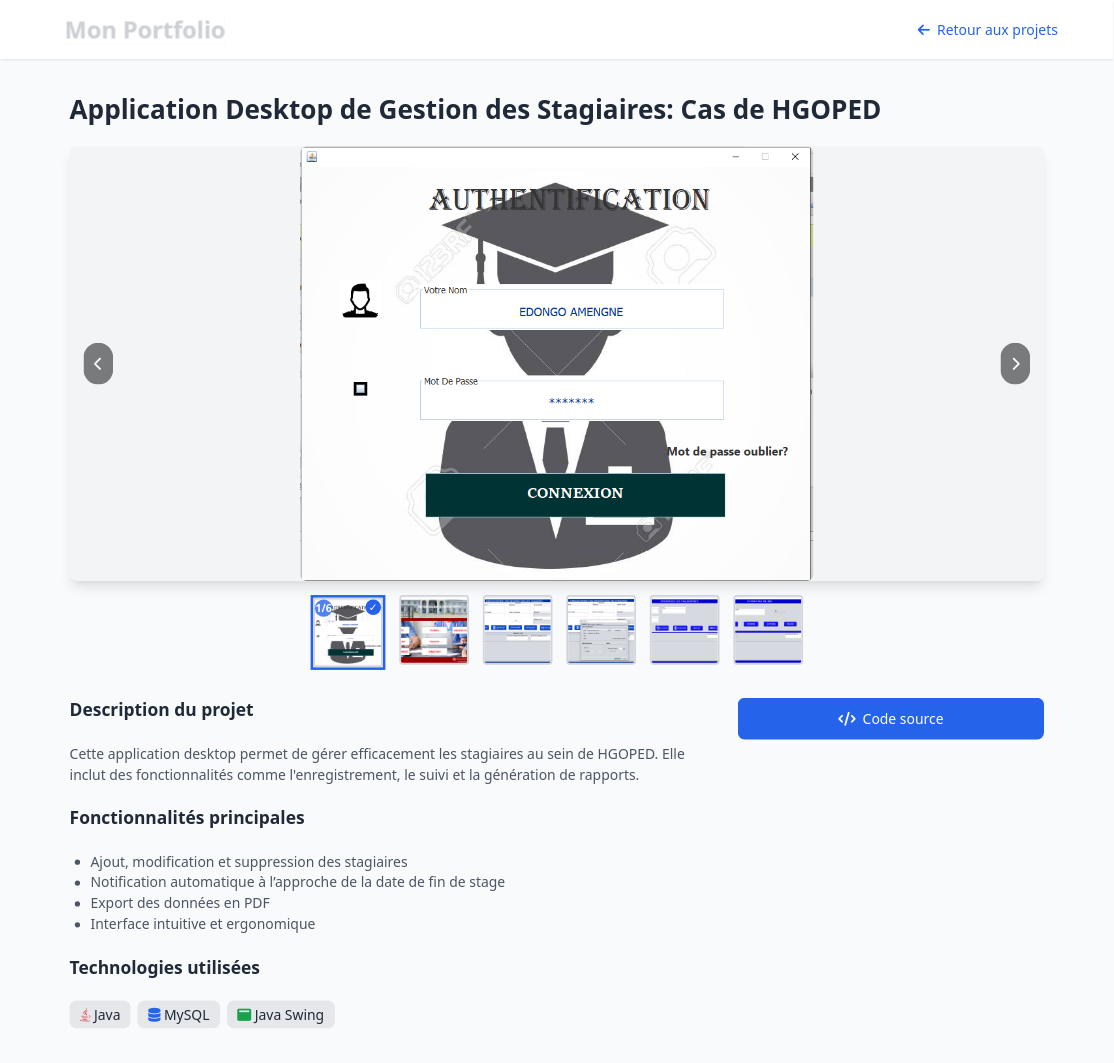
Repository: Edongo999/landry-portfolio
Page: projet-gestion-stagiaires.html
An editor plug-in stored every save of this project. The page is shown before and after the next save, followed by the edit.
The browser window is 1280 px wide. The pictures show the whole page, at 87% of full size.
Some web libraries are served in a nearby version.

Above is the page before, as saved 2025-09-14 03:30:40.

### projet-gestion-stagiaires.html

<!DOCTYPE html>
<html lang="fr">
<head>
  <meta charset="UTF-8" />
  <meta name="viewport" content="width=device-width, initial-scale=1.0" />
  <title>Détail du projet - Portfolio</title>
  <script src="https://cdn.tailwindcss.com"></script>
  <link rel="stylesheet" href="https://cdnjs.cloudflare.com/ajax/libs/font-awesome/6.4.0/css/all.min.css">
  <style>
    /* Miniature active */
    .thumb-active {
      border: 3px solid #2563eb !important; /* bordure bleue */
      position: relative;
    }
    /* Overlay ✓ */
    .thumb-active::after {
      content: "✓";
      position: absolute;
      top: 2px;
      right: 2px;
      background-color: #2563eb;
      color: white;
      font-size: 12px;
      width: 18px;
      height: 18px;
      border-radius: 50%;
      display: flex;
      align-items: center;
      justify-content: center;
    }
    /* Numéro indicateur */
    .thumb-number {
      position: absolute;
      top: 2px;
      left: 2px;
      background-color: rgba(37,99,235,0.8);
      color: white;
      font-size: 12px;
      width: 20px;
      height: 20px;
      border-radius: 50%;
      display: flex;
      align-items: center;
      justify-content: center;
      font-weight: bold;
    }
  </style>
</head>
<body class="bg-gray-50 text-gray-800">

  <!-- Header -->
  <header class="bg-white shadow p-4 sticky top-0 z-50">
    <div class="max-w-6xl mx-auto flex justify-between items-center">
<h1 class="text-2xl md:text-3xl font-bold text-gray-900 relative overflow-hidden" id="portfolio-title">
  Mon Portfolio
</h1>

<style>
  /* Animation apparition + explosion + lumière pulsante */
  #portfolio-title {
    animation: appearExplodePulse 2.5s ease-in-out infinite;
  }

  @keyframes appearExplodePulse {
    0% {
      opacity: 0.2;
      transform: scale(0.9);
      text-shadow: 0 0 0px #2563eb;
    }
    25% {
      opacity: 1;
      transform: scale(1);
      text-shadow: 0 0 5px #2563eb, 0 0 10px #2563eb;
    }
    50% {
      transform: scale(1.05);
      text-shadow: 0 0 15px #2563eb, 0 0 25px #2563eb, 0 0 35px #2563eb;
    }
    75% {
      transform: scale(1);
      text-shadow: 0 0 8px #2563eb, 0 0 16px #2563eb;
    }
    100% {
      opacity: 1;
      transform: scale(1);
      text-shadow: 0 0 5px #2563eb, 0 0 10px #2563eb;
    }
  }

  /* Effet de lumière pulsante supplémentaire */
  #portfolio-title::after {
    content: '';
    position: absolute;
    inset: 0;
    border-radius: 4px;
    box-shadow: 0 0 15px #2563eb, 0 0 25px #2563eb;
    opacity: 0.3;
    animation: pulseLight 2s ease-in-out infinite alternate;
    pointer-events: none;
  }

  @keyframes pulseLight {
    0% { opacity: 0.2; transform: scale(0.95); }
    100% { opacity: 0.5; transform: scale(1.05); }
  }
</style>



      <!-- Lien vers la section Mes Projets -->
      <a href="index.html#projects" class="flex items-center gap-2 text-blue-600 hover:text-blue-800 font-medium">
  <i class="fas fa-arrow-left"></i> Retour aux projets
</a>

    </div>
  </header>

  <!-- Section Détail Projet -->
  <section class="max-w-6xl mx-auto px-4 py-10">
 <h2 class="text-3xl font-bold mb-6">Application Desktop de Gestion des Stagiaires: Cas de HGOPED</h2>



    <!-- Slider images/vidéos -->
    <div class="relative w-full max-h-[500px] mx-auto overflow-hidden rounded-lg shadow-lg mb-4 flex justify-center items-center bg-gray-100">
      <div id="slide-container" class="w-full flex justify-center items-center"></div>
      <button onclick="prevSlide()" class="absolute top-1/2 left-4 transform -translate-y-1/2 bg-black/50 text-white p-3 rounded-full z-10">
        <i class="fas fa-chevron-left"></i>
      </button>
      <button onclick="nextSlide()" class="absolute top-1/2 right-4 transform -translate-y-1/2 bg-black/50 text-white p-3 rounded-full z-10">
        <i class="fas fa-chevron-right"></i>
      </button>
    </div>

    <!-- Miniatures -->
    <div class="flex justify-center gap-4 mb-8 relative" id="thumbnails">
      <div class="relative"><img src="assets/img/GESTION_STA1.PNG" class="w-20 h-20 object-cover cursor-pointer border-2 border-gray-300 rounded" onclick="goToSlide(0)"></div>
      <div class="relative"><img src="assets/img/application desktop.PNG" class="w-20 h-20 object-cover cursor-pointer border-2 border-gray-300 rounded" onclick="goToSlide(1)"></div>
      <div class="relative"><img src="assets/img/application desktop2.PNG" class="w-20 h-20 object-cover cursor-pointer border-2 border-gray-300 rounded" onclick="goToSlide(2)"></div>
      <div class="relative"><img src="assets/img/application desktop3.PNG" class="w-20 h-20 object-cover cursor-pointer border-2 border-gray-300 rounded" onclick="goToSlide(3)"></div>
      <div class="relative"><img src="assets/img/application desktop4.PNG" class="w-20 h-20 object-cover cursor-pointer border-2 border-gray-300 rounded" onclick="goToSlide(4)"></div>
      <div class="relative"><img src="assets/img/application desktop5.PNG" class="w-20 h-20 object-cover cursor-pointer border-2 border-gray-300 rounded" onclick="goToSlide(5)"></div>
    </div>

    <!-- Description + boutons -->
    <div class="grid grid-cols-1 md:grid-cols-3 gap-8">
      <div class="md:col-span-2 space-y-6">
        <h3 class="text-xl font-semibold mb-2">Description du projet</h3>
        <p class="text-gray-600 mb-4">
          Cette application desktop permet de gérer efficacement les stagiaires au sein de HGOPED.
          Elle inclut des fonctionnalités comme l'enregistrement, le suivi et la génération de rapports.
        </p>

        <h3 class="text-xl font-semibold mb-2">Fonctionnalités principales</h3>
        <ul class="list-disc pl-6 text-gray-600 mb-4">
          <li>Ajout, modification et suppression des stagiaires</li>
          <li> Notification automatique à l’approche de la date de fin de stage</li>
          <li>Export des données en PDF</li>
          <li>Interface intuitive et ergonomique</li>
        </ul>

        <h3 class="text-xl font-semibold mb-2">Technologies utilisées</h3>
        <div class="flex flex-wrap gap-2 mb-4">
          <span class="flex items-center gap-1 px-3 py-1 bg-gray-200 rounded-lg"><i class="fab fa-java text-red-600"></i> Java</span>
          <span class="flex items-center gap-1 px-3 py-1 bg-gray-200 rounded-lg"><i class="fas fa-database text-blue-600"></i> MySQL</span>
          <span class="flex items-center gap-1 px-3 py-1 bg-gray-200 rounded-lg"><i class="fas fa-window-maximize text-green-600"></i> Java Swing</span>
        </div>
      </div>

      <div class="flex flex-col gap-4 md:sticky md:top-32">

        <a href="https://github.com/Edongo999/Application_de_gestion-des_stagiaires.git" target="_blank" class="flex items-center justify-center w-full bg-blue-600 text-white py-3 rounded-lg text-center hover:bg-blue-700">
          <i class="fas fa-code mr-2"></i> Code source
        </a>
      </div>
    </div>
  </section>

<script>
  const slides = [
    { type: 'image', src: "assets/img/GESTION_STA1.PNG" },
    { type: 'image', src: "assets/img/application desktop.PNG" },
    { type: 'image', src: "assets/img/application desktop2.PNG" },
    { type: 'image', src: "assets/img/application desktop3.PNG" },
    { type: 'image', src: "assets/img/application desktop4.PNG" },
    { type: 'image', src: "assets/img/application desktop5.PNG" },
  ];

  let index = 0;
  let slideInterval;
  let userInteracting = false;

  const container = document.getElementById("slide-container");
  const thumbContainers = document.querySelectorAll('#thumbnails > div');
  const thumbs = document.querySelectorAll('#thumbnails img');

  function showSlide() {
    container.innerHTML = '';
    const slide = slides[index];
    const img = document.createElement("img");
    img.src = slide.src;
    img.alt = "Capture du projet";
    img.className = "w-auto max-h-[500px] object-contain rounded-lg transition-all duration-700";
    container.appendChild(img);

    // Miniatures et numéro
    thumbContainers.forEach((div, i) => {
      const oldNum = div.querySelector('.thumb-number');
      if(oldNum) oldNum.remove();
      div.classList.toggle('thumb-active', i === index);
      if(i === index){
        const num = document.createElement('span');
        num.className = 'thumb-number';
        num.textContent = `${i+1}/${slides.length}`;
        div.appendChild(num);
      }
    });
  }

  function nextSlide() { index = (index + 1) % slides.length; showSlide(); }
  function prevSlide() { index = (index - 1 + slides.length) % slides.length; showSlide(); }
  function goToSlide(i){ index = i; showSlide(); }

  function startAutoSlide() { slideInterval = setInterval(()=>{ if(!userInteracting) nextSlide(); }, 20000); }
  function stopAutoSlide(){ clearInterval(slideInterval); }

  const slideWrapper = document.querySelector('.relative');

  slideWrapper.addEventListener('mouseenter', () => userInteracting = true);
  slideWrapper.addEventListener('mouseleave', () => userInteracting = false);

  thumbs.forEach((thumb, i)=>{
    thumb.addEventListener('click', ()=>{
      userInteracting = true;
      goToSlide(i);
      setTimeout(()=> userInteracting=false,2000);
    });
  });

  document.querySelector('.absolute.left-4').addEventListener('click', ()=>{
    userInteracting=true;
    prevSlide();
    setTimeout(()=> userInteracting=false,2000);
  });
  document.querySelector('.absolute.right-4').addEventListener('click', ()=>{
    userInteracting=true;
    nextSlide();
    setTimeout(()=> userInteracting=false,2000);
  });

  showSlide();
  startAutoSlide();
</script>
</body>
</html>

After the next save:
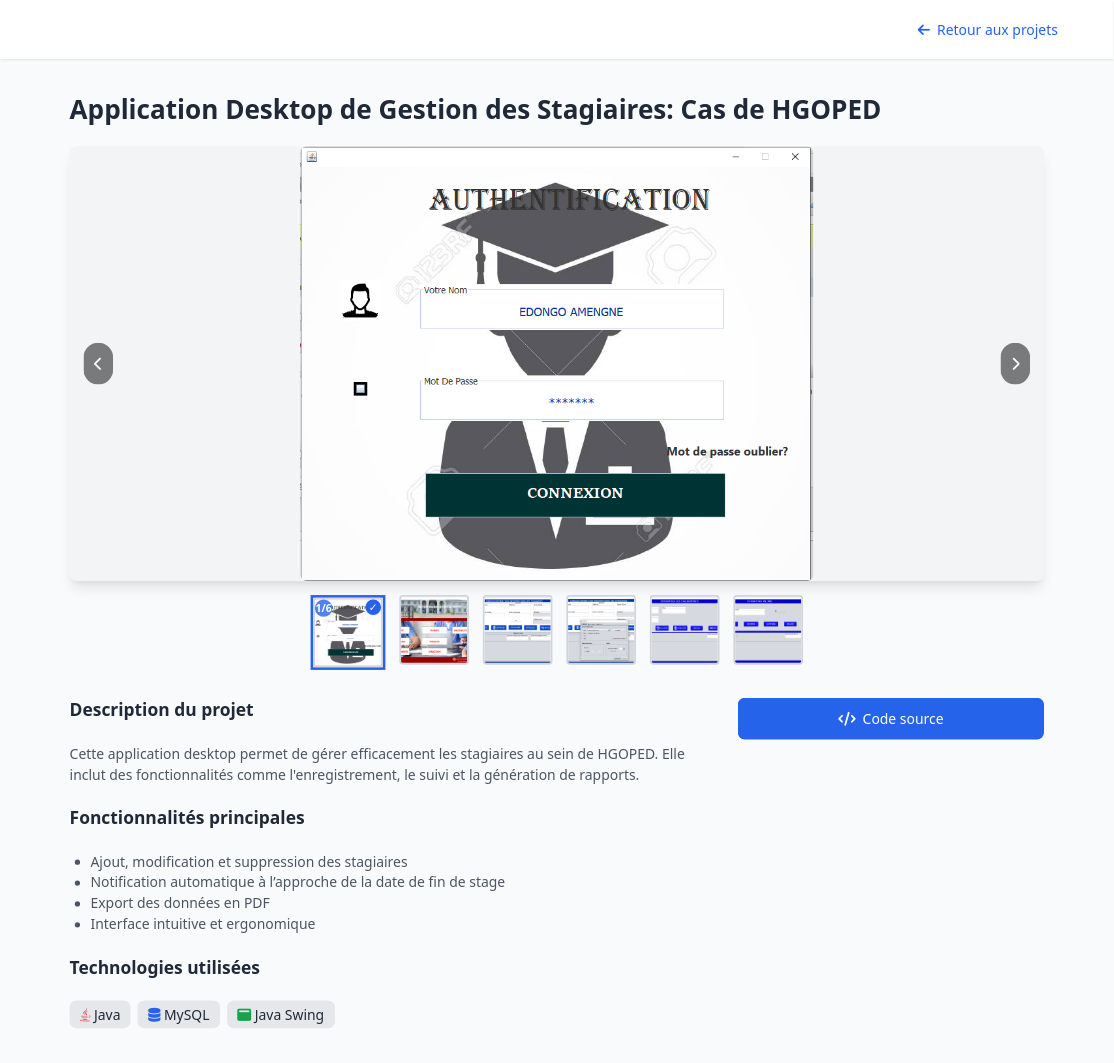
Saved 116 s later.
--- a/projet-gestion-stagiaires.html
+++ b/projet-gestion-stagiaires.html
@@ -57,29 +57,34 @@
 </h1>
 
 <style>
-  /* Animation apparition + explosion + lumière pulsante */
+  /* Animation apparition + explosion + lumière pulsante adoucie */
   #portfolio-title {
     animation: appearExplodePulse 2.5s ease-in-out infinite;
   }
 
   @keyframes appearExplodePulse {
     0% {
-      opacity: 0.2;
-      transform: scale(0.9);
+      opacity: 0;
+      transform: scale(0.95) translateY(-5px);
       text-shadow: 0 0 0px #2563eb;
     }
-    25% {
+    20% {
+      opacity: 0.6;
+      transform: scale(1) translateY(0);
+      text-shadow: 0 0 3px #2563eb;
+    }
+    40% {
       opacity: 1;
-      transform: scale(1);
-      text-shadow: 0 0 5px #2563eb, 0 0 10px #2563eb;
-    }
-    50% {
+      transform: scale(1.02);
+      text-shadow: 0 0 10px #2563eb, 0 0 15px #2563eb;
+    }
+    60% {
       transform: scale(1.05);
       text-shadow: 0 0 15px #2563eb, 0 0 25px #2563eb, 0 0 35px #2563eb;
     }
-    75% {
-      transform: scale(1);
-      text-shadow: 0 0 8px #2563eb, 0 0 16px #2563eb;
+    80% {
+      transform: scale(1.02);
+      text-shadow: 0 0 10px #2563eb, 0 0 15px #2563eb;
     }
     100% {
       opacity: 1;
@@ -105,6 +110,7 @@
     100% { opacity: 0.5; transform: scale(1.05); }
   }
 </style>
+
 
 
 
